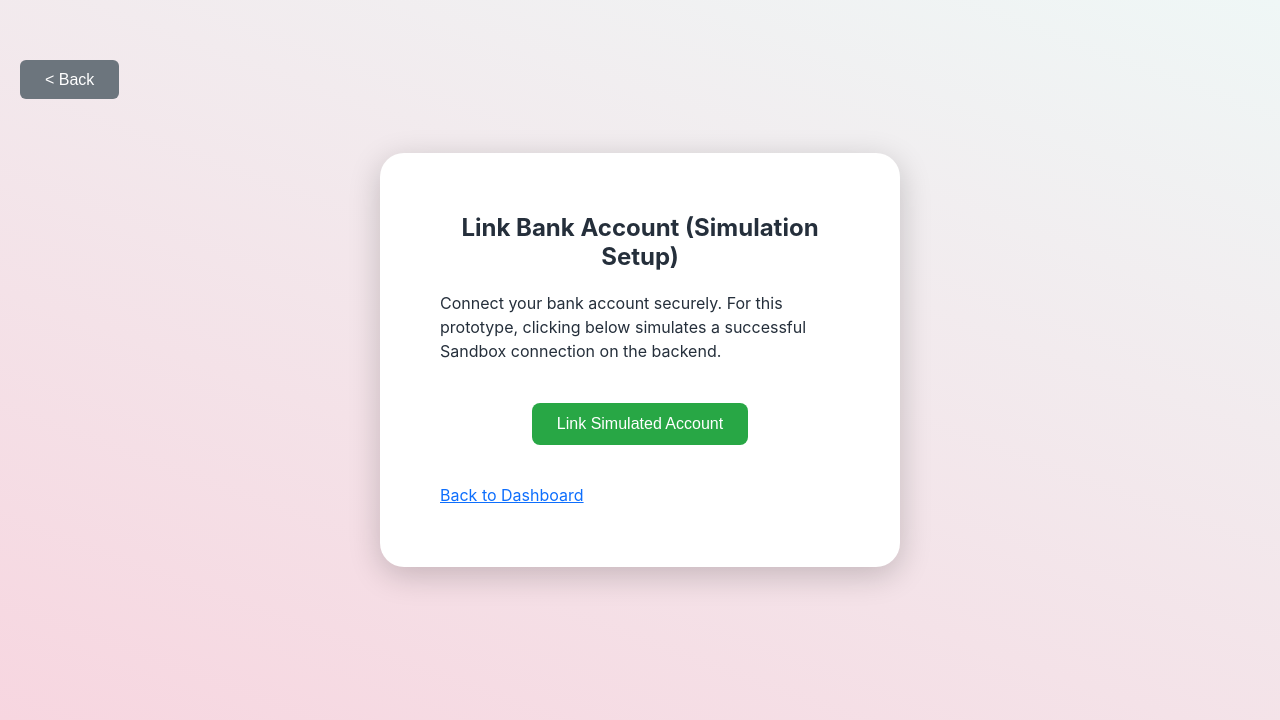
Repository: aab232/https---github.com-aab232-Deferred-Payment-Platform
Page: /link-account (app in frontend/)
The author's editor kept a copy of each file at every save. The page is drawn from the files as they stood at one save, then again after the next save.
The browser window is 1280 px wide. The pictures show the whole page.
The project was rebuilt for these pictures with package versions that can differ from the ones it lists, and the page was loaded fresh each time. Also part of the build but not shown: frontend/src/components/Home.js, frontend/src/components/Register.js, frontend/src/components/Login.js, frontend/src/components/Main.js, frontend/src/components/Settings.js, frontend/src/components/Privacy.js, frontend/src/components/ContactUs.js, frontend/src/components/FAQ.css and 6 more.

Above is the page before, as saved 2025-05-08 01:33:33.

### frontend/src/App.js
import React from 'react';
import { BrowserRouter as Router, Routes, Route } from 'react-router-dom';
import Home from './components/Home';
import Register from './components/Register';
import Login from './components/Login';
import Main from './components/Main';
import Settings from './components/Settings';
import Privacy from './components/Privacy';
import Contact from './components/ContactUs';
import FAQ from './components/FAQ';
import Dashboard from './components/Dashboard';
import LinkAccount from './components/LinkAccount';
import CreditHistory from './components/CreditHistory';
import Repayments from './components/Repayments';

const App = () => {
  return (
    <Router>
      <Routes>
        <Route path="/" element={<Home />} />
        <Route path="/login" element={<Login />} />
        <Route path="/register" element={<Register />} />
        <Route path="/main" element={<Main />} />
        <Route path="/dashboard" element={<Dashboard />} />
        <Route path="/settings" element={<Settings />} />
        <Route path="/privacy" element={<Privacy />} />
        <Route path="/contact" element={<Contact />} />
        <Route path="/faq" element={<FAQ />} />
        <Route path="/link-account" element={<LinkAccount />} />
        <Route path="/credit-history" element={<CreditHistory />} />
        <Route path="/repayments" element={<Repayments />} />
      </Routes>
    </Router>
  );
};

export default App;

### frontend/src/components/Home.css
.container {
    display: flex;
    justify-content: center;
    align-items: center;
    height: 100vh; /* Full viewport height */
    background: linear-gradient(135deg, #252f3b, #252d3b); /* Elegant gradient */
  }

  .card {
    text-align: center;
    background: #fff;
    padding: 40px 60px;
    border-radius: 24px;
    box-shadow: 0 8px 32px rgba(0, 0, 0, 0.2);
    max-width: 350px;
    width: 100%;
  }

  h1 {
    margin-bottom: 16px;
    font-size: 28px;
    color: #252f3b;
  }

  p {
    margin-bottom: 32px;
    font-size: 16px;
    color: #555;
  }

  .button-group {
    display: flex;
    justify-content: space-between;
  }

  .btn {
    padding: 12px 24px;
    font-size: 16px;
    border: none;
    border-radius: 30px; /* Rounded buttons */
    cursor: pointer;
    transition: background 0.3s ease;
    color: white;
    background: #252f3b;
  }

  .btn:hover {
    background: #252f3b; /* Button hover effect */
  }

### frontend/src/components/Form.css
.container {
  display: flex;
  justify-content: center;
  align-items: center;
  height: 100vh;
  background: linear-gradient(200deg, #eff7f6, #F7D6E0);
}

.form-card {
  background: white;
  padding: 40px 60px;
  border-radius: 24px;
  box-shadow: 0 8px 32px rgba(0, 0, 0, 0.2);
  max-width: 400px;
  width: 100%;
  text-align: center;
}

h2 {
  color: #252f3b;
}

input {
  display: block;
  width: 100%;
  margin: 10px 0;
  padding: 12px;
  border: 1px solid #ddd;
  border-radius: 30px;
}

.btn {
  padding: 12px 24px;
  margin-top: 20px;
  border-radius: 30px;
  border: none;
  color: white;
  background: #6b212e;
  cursor: pointer;
}

.btn:hover {
  background: #a41b34;
}

.link {
  color: #6b212e;
  cursor: pointer;
}

### frontend/src/components/Settings.css
.settings-container {
  display: flex;
  flex-direction: column;
  align-items: center;
  padding: 40px 20px;
  background: #f8f9fa;
  min-height: 100vh;
}

h1 {
  color: #343a40;
  margin-bottom: 20px;
}

.menu {
  display: flex;
  gap: 20px;
  margin-bottom: 40px;
}

.menu button {
  padding: 10px 20px;
  border: none;
  border-radius: 8px;
  cursor: pointer;
  transition: background 0.3s ease;
  font-weight: bold;
  background: #007bff;
  color: white;
}

.menu .danger {
  background: #dc3545;
}

.menu button:hover {
  opacity: 0.8;
}

/* Dropdown styling */
.dropdown {
  display: flex;
  flex-direction: column;
  gap: 10px;
  margin-top: 20px;
}

.dropdown button {
  padding: 8px 16px;
  border: none;
  border-radius: 8px;
  background: #6c757d;
  color: white;
  cursor: pointer;
  transition: background 0.3s ease;
}

.dropdown button:hover {
  background: #495057;
}

/* Section Styling */
.section {
  width: 100%;
  max-width: 600px;
  background: white;
  padding: 30px;
  border-radius: 16px;
  box-shadow: 0 8px 24px rgba(0, 0, 0, 0.1);
  margin-top: 20px;
}

h2 {
  color: #495057;
  margin-bottom: 20px;
}

input {
  width: 100%;
  padding: 12px;
  margin-bottom: 15px;
  border: 1px solid #ced4da;
  border-radius: 8px;
  font-size: 14px;
}

button {
  padding: 12px 20px;
  border: none;
  border-radius: 8px;
  cursor: pointer;
  background: #28a745;
  color: white;
  font-weight: bold;
}

button:hover {
  opacity: 0.9;
}

.info {
  margin-top: 20px;
  color: #6c757d;
}

### frontend/src/components/Privacy.css
.container {
    display: flex;
    justify-content: center;
    align-items: center;
    height: 100vh;
    background: linear-gradient(200deg, #eff7f6, #F7D6E0);
  }

  .form-card {
    background: white;
    padding: 40px 60px;
    border-radius: 24px;
    box-shadow: 0 8px 32px rgba(0, 0, 0, 0.2);
    max-width: 400px;
    width: 100%;
  }

  h2 {
    color: #252f3b;
    font-size: 24px;
    margin-bottom: 20px;
  }

  p {
    color: #252f3b;
    font-size: 16px;
    line-height: 1.5;
    margin-bottom: 20px;
    text-align: left;
  }

  .btn {
    padding: 12px 24px;
    margin-top: 20px;
    border-radius: 30px;
    border: none;
    color: white;
    background: #6b212e;
    cursor: pointer;
    width: 100%;
  }

  .btn:hover {
    background: #a41b34;
  }

  .link {
    color: #6b212e;
    cursor: pointer;
    text-decoration: underline;
    display: inline-block;
    margin-top: 10px;
  }

  .link:hover {
    color: #a41b34;
  }

  .privacy-container {
    text-align: left;
    margin-top: 20px;
  }

  .request-data-btn {
    padding: 10px 20px;
    margin-top: 15px;
    background-color: #6b212e;
    color: white;
    border: none;
    border-radius: 30px;
    cursor: pointer;
    font-size: 16px;
    width: 100%;
  }

  .request-data-btn:hover {
    background-color: #a41b34;
  }

### frontend/src/components/ContactUs.css
.form-group {
    margin-bottom: 20px; /* Spacing between form fields */
    text-align: left;   /* Ensure labels align left */
  }

  .form-group label {
    display: block;     /* Make label take its own line */
    margin-bottom: 8px; /* Space between label and input */
    color: #333;      /* Label color */
    font-size: 14px;    /* Label font size */
    font-weight: bold;  /* Make labels stand out */
  }

  .form-group input[type="text"],
  .form-group input[type="email"],
  .form-group textarea {
    width: 100%;                /* Make inputs fill the card width */
    padding: 12px;              /* Padding inside inputs */
    border: 1px solid #ccc;     /* Subtle border */
    border-radius: 8px;         /* Slightly rounded corners for inputs */
    box-sizing: border-box;     /* Include padding/border in element's total width/height */
    font-size: 14px;            /* Font size inside inputs */
    margin-top: 0;              /* Remove any default browser margin */
  }

  .form-group textarea {
    resize: vertical;           /* Allow vertical resize only */
    min-height: 120px;          /* Ensure textarea has a decent default height */
  }

  /* Optional: Style for focus state */
  .form-group input[type="text"]:focus,
  .form-group input[type="email"]:focus,
  .form-group textarea:focus {
    border-color: #6b212e; /* Highlight border with theme color on focus */
    outline: none;           /* Remove default browser outline */
    box-shadow: 0 0 0 2px rgba(107, 33, 46, 0.2); /* Subtle glow effect */
  }

  /* Optional: Style for placeholder text */
  ::placeholder { /* Chrome, Firefox, Opera, Safari 10.1+ */
    color: #aaa;
    opacity: 1; /* Firefox */
  }

  :-ms-input-placeholder { /* Internet Explorer 10-11 */
    color: #aaa;
  }

  ::-ms-input-placeholder { /* Microsoft Edge */
    color: #aaa;
  }

### frontend/src/components/CreditHistory.css
.history-container {
    display: flex;
    justify-content: center;
    align-items: flex-start;
    min-height: 100vh;
    background: linear-gradient(200deg, #eff7f6, #F7D6E0);
    padding: 50px 20px;
    box-sizing: border-box;
}

.history-card {
    background: white;
    padding: 30px 40px;
    border-radius: 16px;
    box-shadow: 0 6px 25px rgba(0, 0, 0, 0.15);
    max-width: 950px; /* Wider card for table */
    width: 100%;
}

.history-card h2 {
    text-align: center;
    color: #252f3b;
    margin-top: 0;
    margin-bottom: 30px;
}

.loading-message,
.error-message {
    text-align: center;
    padding: 20px;
    font-size: 1.1em;
    margin-top: 20px;
}

.error-message {
    color: #842029;
    background-color: #f8d7da;
    border: 1px solid #f5c2c7;
    border-radius: 6px;
}

.history-table {
    width: 100%;
    border-collapse: collapse;
    margin-top: 20px;
    font-size: 0.95em;
}

.history-table thead th {
    background-color: #f8f9fa;
    border-bottom: 2px solid #dee2e6;
    padding: 12px 10px;
    text-align: left;
    color: #495057;
    white-space: nowrap;
}

.history-table tbody td {
    border-bottom: 1px solid #e9ecef;
    padding: 10px 10px;
    vertical-align: middle;
}

.history-table tbody tr:last-child td {
    border-bottom: none;
}

.history-table tbody tr:hover {
    background-color: #f8f9fa; /* Subtle hover */
}

.back-button {
    display: block;
    margin: 30px auto 0 auto; /* Center button */
    padding: 10px 25px;
    font-size: 1em;
    cursor: pointer;
    background-color: #6c757d; /* Secondary color */
    color: white;
    border: none;
    border-radius: 6px;
    transition: background-color 0.2s ease;
}
.back-button:hover {
    background-color: #5a6268;
}


/* Responsive adjustments for table if needed */
@media (max-width: 768px) {
    .history-card {
        padding: 20px;
    }
    .history-table {
        display: block;
        overflow-x: auto; /* Allow horizontal scrolling on small screens */
        white-space: nowrap;
    }
    .history-table thead th,
    .history-table tbody td {
        padding: 8px;
        font-size: 0.9em;
    }
     .history-card h2 {
        font-size: 1.5em;
     }
}

### frontend/src/components/BackButton.css
.back-button {
  padding: 6px 12px;
  border-radius: 6px;
  background: #a41b34;
  color: #a41b34;
  font-size: 0.95em;
  font-weight: 500;
  cursor: pointer;
  transition: background 0.2s ease, color 0.2s ease, box-shadow 0.2s ease;
  border: 1px solid #d1d5db;
  line-height: 1.2;
  display: inline-flex;
  align-items: center;


position: absolute;
top: 20px;
left: 20px;
}

.back-button:hover {
  background: #6b200e;
  color: white;
  box-shadow: 0 1px 3px rgba(0, 0, 0, 0.1);
}

.back-button:focus {
    outline: 2px solid #e8a6ba;
    outline-offset: 2px;
}

.back-button:active {
    background-color: #d0d0d0;
}

### frontend/src/components/Repayments.css
/* src/components/Repayment.css */

/* Inherit base container styles if applicable */
.repayment-container {
    /* Styles from .container in Form.css */
    /* display: flex; */ /* Already default for container */
    /* justify-content: center; */
    /* align-items: center; */ /* Maybe align-items: flex-start for scrolling */
    /* height: 100vh; */ /* Use min-height */
    /* background: linear-gradient(200deg, #eff7f6, #F7D6E0); */ /* Keep gradient */
    padding: 50px 20px;
    box-sizing: border-box;
  }

  .repayment-card {
    /* Styles from .form-card */
    background: white;
    padding: 30px 40px; /* Adjust padding */
    border-radius: 24px;
    box-shadow: 0 8px 32px rgba(0, 0, 0, 0.2);
    max-width: 650px; /* Adjust max width */
    width: 100%;
    /* text-align: center; Remove center align maybe? */
  }

  .repayment-card h2 {
    color: #252f3b;
    text-align: center;
    margin-top: 0;
    margin-bottom: 30px;
  }

  .loading-message {
      text-align: center;
      padding: 20px;
      font-size: 1.1em;
      margin-top: 20px;
      color: #4a5568;
  }

  /* Use same error style as form.css if defined, or define here */
  .error-message {
      text-align: center; padding: 12px; font-size: 0.95em; margin-top: 20px;
      color: #842029; background-color: #f8d7da; border: 1px solid #f5c2c7; border-radius: 6px;
  }


  .order-list {
      margin-top: 20px;
      display: flex;
      flex-direction: column;
      gap: 20px; /* Space between order items */
  }

  .order-item {
      border: 1px solid #e2e8f0; /* Lighter border */
      border-radius: 12px; /* More rounded */
      padding: 15px 20px;
      background-color: #fdfdff; /* Very light background */
  }

  .order-item h3 {
      margin-top: 0;
      margin-bottom: 8px;
      color: #334155; /* Darker subheading */
      font-size: 1.1em;
  }

  .order-item p {
      margin: 4px 0;
      font-size: 0.95em;
      color: #4a5568; /* Slightly muted text */
      line-height: 1.4;
  }

  .order-item .remaining-balance {
      font-weight: bold;
      color: #c82333; /* Match logout color maybe? */
  }

  .repayment-action {
      margin-top: 15px;
      display: flex;
      gap: 10px;
      align-items: center;
      flex-wrap: wrap; /* Wrap on smaller screens */
  }

  .repayment-input { /* Style like form inputs */
      display: block;
      /* width: 100%; */ /* Don't make full width in flex */
      flex-grow: 1; /* Allow it to grow */
      max-width: 160px; /* Limit max size */
      margin: 0; /* Reset margin */
      padding: 10px 12px; /* Slightly smaller padding? */
      border: 1px solid #ddd;
      border-radius: 30px; /* Match form style */
      box-sizing: border-box; /* Include padding in width */
  }

  /* Use .btn for base repayment button style */
  .repayment-button {
      /* Inherits .btn styles: padding, border-radius, border, color, background, cursor */
      flex-shrink: 0; /* Prevent button shrinking too much */
  }
  /* Override background if needed */
  .repayment-button {
      background: #0d6efd; /* Blue for payment */
  }
  .repayment-button:hover:not(:disabled) {
      background: #0a58ca; /* Darker blue */
  }
  .repayment-button:disabled {
       background: #cccccc !important; /* Grey out */
       cursor: not-allowed;
  }


  /* Payment result messages */
  .payment-success,
  .payment-error {
      padding: 8px 12px;
      border-radius: 6px;
      margin-top: 12px;
      font-size: 0.9em;
      text-align: center;
  }
  .payment-success {
      color: #0f5132;
      background-color: #d1e7dd;
      border: 1px solid #badbcc;
  }
  .payment-error {
      color: #842029;
      background-color: #f8d7da;
      border: 1px solid #f5c6cb;
  }

  /* Style back button like main .btn */
  .back-button {
      display: block;
      margin: 40px auto 10px auto; /* Center & Spacing */
  }

### frontend/src/components/BufferBag.css
.buffer-container {
    display: flex;
    justify-content: center;
    align-items: flex-start; /* Align card top for scrolling */
    min-height: 100vh;
    /* Background should ideally come from a higher-level container if consistent across pages */
    /* background: linear-gradient(200deg, #eff7f6, #F7D6E0); */
    padding: 50px 20px;
    box-sizing: border-box;
}

/* Main Card - Adapt or reuse your .form-card style */
.buffer-card {
    background: white;
    padding: 30px 40px;
    border-radius: 24px;
    box-shadow: 0 8px 32px rgba(0, 0, 0, 0.15);
    max-width: 750px; /* Adjusted width for two forms side-by-side */
    width: 100%;
    margin-left: auto; /* Helps center if parent isn't full flex centering */
    margin-right: auto;
}

.buffer-card h2 {
    text-align: center;
    color: #252f3b; /* From your Form.css */
    margin-top: 0;
    margin-bottom: 20px; /* Space below main title */
}

.buffer-info {
    text-align: center;
    font-size: 0.95em;
    color: #4a5568;
    margin-bottom: 30px;
    line-height: 1.6;
    padding: 0 10px;
    border-bottom: 1px solid #eee;
    padding-bottom: 20px;
}

.balance-display {
    text-align: center;
    margin-bottom: 35px; /* More space */
    padding: 25px;
    background-color: #e8f4ff; /* Light, calm blue */
    border: 1px solid #b3d7ff;
    border-radius: 12px;
}

.balance-display p:first-of-type { /* Targets "Current Buffer Balance:" */
     margin-bottom: 8px; /* Space before actual amount */
     font-size: 1.2em; /* Slightly larger */
     color: #334155;
     font-weight: 500;
}

.balance-amount {
    display: block;
    font-size: 3em; /* Make balance prominent */
    font-weight: 700;
    color: #007bff; /* Consistent primary color */
    margin-top: 5px;
    line-height: 1;
}

.buffer-actions {
    margin-top: 30px;
    display: flex;
    gap: 30px; /* Space between deposit and withdraw form sections */
    justify-content: space-around;
    flex-wrap: wrap; /* Forms will stack on smaller screens */
}

.buffer-form {
    flex: 1; /* Allow forms to share space */
    min-width: 280px; /* Minimum width for each form section */
    padding: 25px;
    border: 1px solid #e9ecef; /* Lighter border */
    border-radius: 16px;
    text-align: center;
    background-color: #fdfdff;
    box-shadow: 0 3px 10px rgba(0,0,0,0.05);
}

.buffer-form h4 {
    margin-top: 0;
    margin-bottom: 10px;
    color: #495057;
    font-size: 1.25em; /* Clearer heading */
    font-weight: 600;
}

.info-text { /* For "(This is a simulation...)" */
    font-size: 0.8em;
    color: #6c757d;
    margin-bottom: 18px;
    min-height: 2.2em;
}

/* Input field style for amount */
.buffer-form input[type="number"].form-input {
  display: block;
  width: calc(100% - 24px); /* Consider padding */
  margin: 20px auto 20px auto; /* More vertical margin */
  padding: 12px;
  border: 1px solid #ccc; /* Match .form-card input */
  border-radius: 30px; /* Match .form-card input */
  box-sizing: border-box;
  text-align: center;
  font-size: 1.1em;
}

.buffer-form input[type="number"].form-input:focus {
     border-color: #e8a6ba; /* Theme color for focus */
     box-shadow: 0 0 0 3px rgba(232, 166, 186, 0.25);
     outline: none;
}

/* Base Button Styling for Deposit/Withdraw - using .btn class */
.buffer-form .btn {
    /* Replicates .btn from Form.css */
    padding: 12px 24px;
    margin-top: 15px; /* Spacing above button */
    border-radius: 30px;
    border: none;
    color: white;
    cursor: pointer;
    width: calc(100% - 40px); /* Make buttons wide */
    display: block; /* Make them block elements */
    margin-left: auto;
    margin-right: auto;
    font-size: 1em;
    font-weight: bold;
    transition: background-color 0.2s ease, transform 0.1s ease;
}

.buffer-form .btn:hover:not(:disabled) {
    transform: translateY(-1px); /* Subtle lift */
    filter: brightness(1.05); /* Slightly brighter */
}

.buffer-form .btn:disabled {
     background-color: #cccccc !important; /* Important to override potential theme colors */
     color: #666666 !important;
     cursor: not-allowed;
     opacity: 0.7;
     transform: none;
}

/* Specific Button Colors for Deposit/Withdraw */
.deposit-button { background: #198754; } /* Green */
.deposit-button:hover:not(:disabled) { background: #157347; }

.withdraw-button { background: #dc3545; } /* Red */
.withdraw-button:hover:not(:disabled) { background: #bb2d3b; }

/* Message styling for success/error of actions */
.message {
    padding: 10px 15px;
    margin: 25px auto 0 auto; /* Margin top, centered */
    border-radius: 6px;
    text-align: center;
    font-weight: 500;
    max-width: 90%; /* Limit width */
}
.message.success { background-color: #d1e7dd; color: #0f5132; border: 1px solid #badbcc;}
.message.error { background-color: #f8d7da; color: #842029; border: 1px solid #f5c2c7;}

/* General Loading/Error messages (if not styled globally) */
.loading-message {
    text-align: center; padding: 20px; font-size: 1em; margin-top: 20px; color: #4a5568; font-style: italic;
}
.error-message { /* Top-level error message style */
    text-align: center; padding: 15px; font-size: 1em; margin: 20px auto; color: #842029; background-color: #f8d7da; border: 1px solid #f5c2c7; border-radius: 6px; max-width: 90%;
}

/* Back Button (assuming .btn is also global) */
.back-button {
   /* display: block; */ /* Re-evaluate if needed with current structure */
   margin: 40px auto 10px auto !important; /* Ensure it's centered with margin */
   background-color: #6c757d !important; /* Secondary color */
   color: white !important;
   min-width: 180px;
}
.back-button:hover {
    background-color: #5a6268 !important;
}

Loaded but not shown: frontend/public/index.html (common file); frontend/src/index.js (common file); frontend/src/index.css (common file); frontend/src/components/LinkAccount.js (59 lines, source omitted); frontend/src/components/BackButton.js (15 lines, source omitted); frontend/src/components/Main.css (298 lines, source omitted)

After the next save:
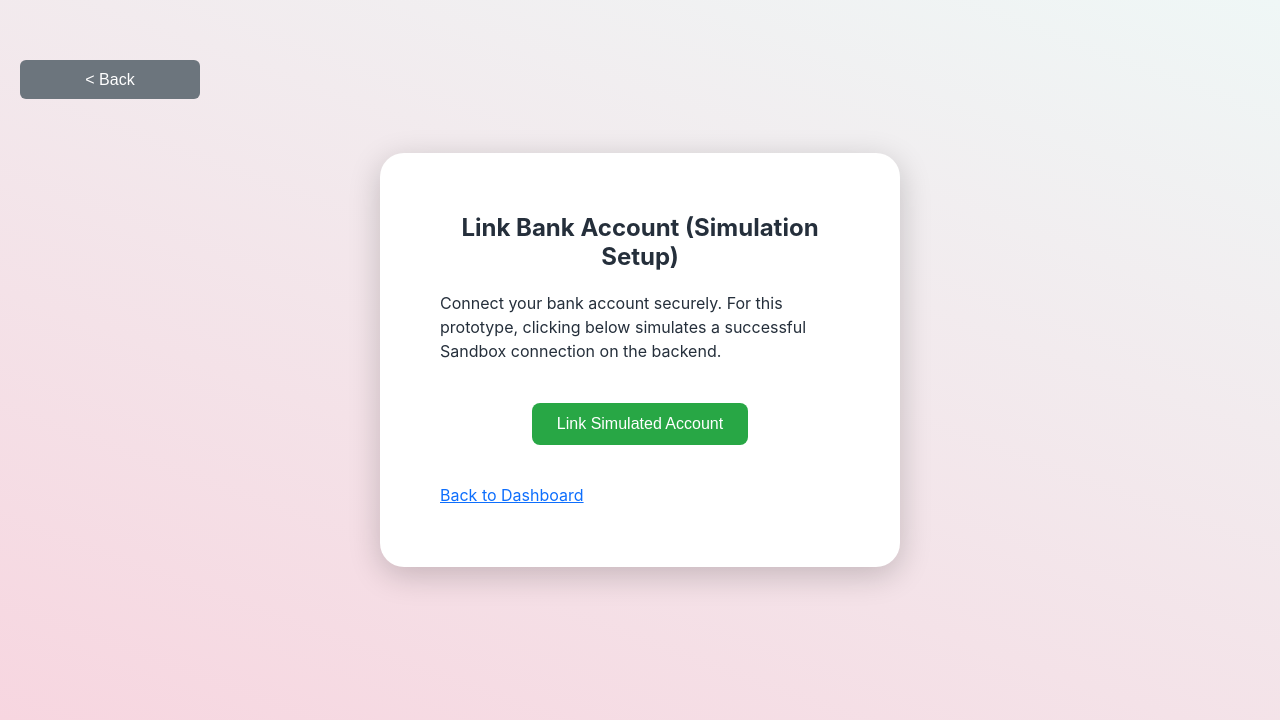
Saved 71 s later.
--- a/frontend/src/App.js
+++ b/frontend/src/App.js
@@ -12,6 +12,7 @@ import Dashboard from './components/Dashboard';
 import LinkAccount from './components/LinkAccount';
 import CreditHistory from './components/CreditHistory';
 import Repayments from './components/Repayments';
+import BufferBag from './components/BufferBag';
 
 const App = () => {
   return (
@@ -29,6 +30,7 @@ const App = () => {
         <Route path="/link-account" element={<LinkAccount />} />
         <Route path="/credit-history" element={<CreditHistory />} />
         <Route path="/repayments" element={<Repayments />} />
+        <Route path="/buffer-bag" element={<BufferBag />} />
       </Routes>
     </Router>
   );
